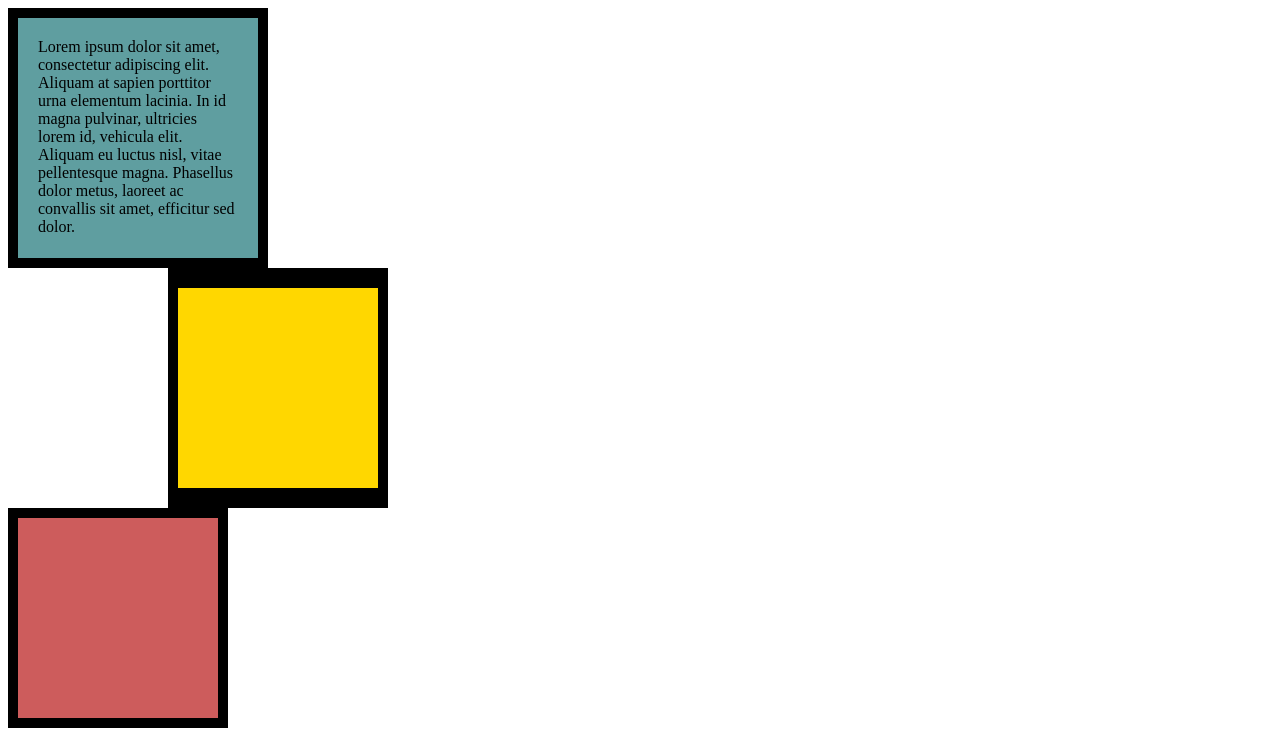
Repository: arzeee/Web_Course
Page: 6.3+CSS+Box+Model/6.3 CSS Box Model/index.html
These files come from the project's save history. The page is drawn as it stood at one moment and after a run of saves; the edit follows.
The browser window is 1280 px wide. The pictures show the whole page.

Above is the page before, as saved 2025-07-04 18:30:33.

After the next 2 saves:
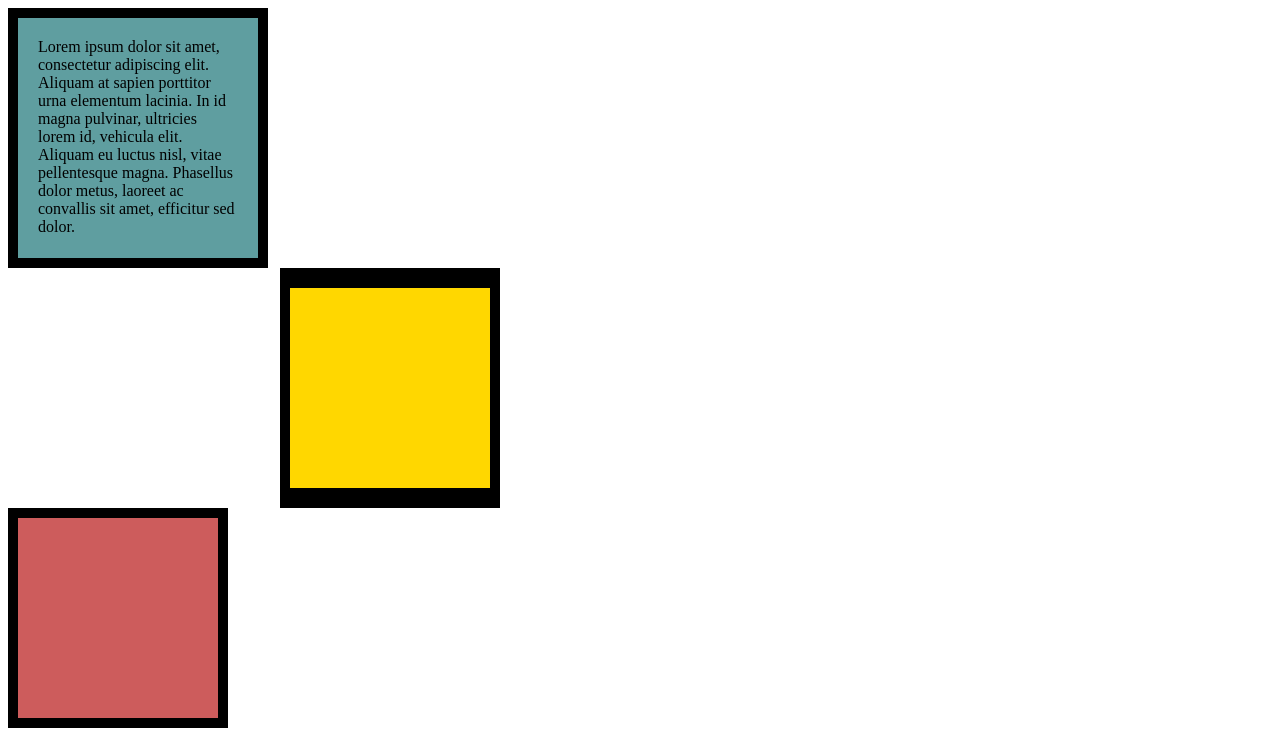
The 2 saves are shown as one change because they came seconds apart.
The last was saved 10 s later.
--- a/6.3+CSS+Box+Model/6.3 CSS Box Model/index.html
+++ b/6.3+CSS+Box+Model/6.3 CSS Box Model/index.html
@@ -26,7 +26,7 @@
       border-bottom: 20px solid black;
       border-left: 10px solid black;
       border-right: 10px solid black;
-      margin-left: 10rem;
+      margin-left: 17rem;
     }
     .box3 {
       background-color: indianred;
